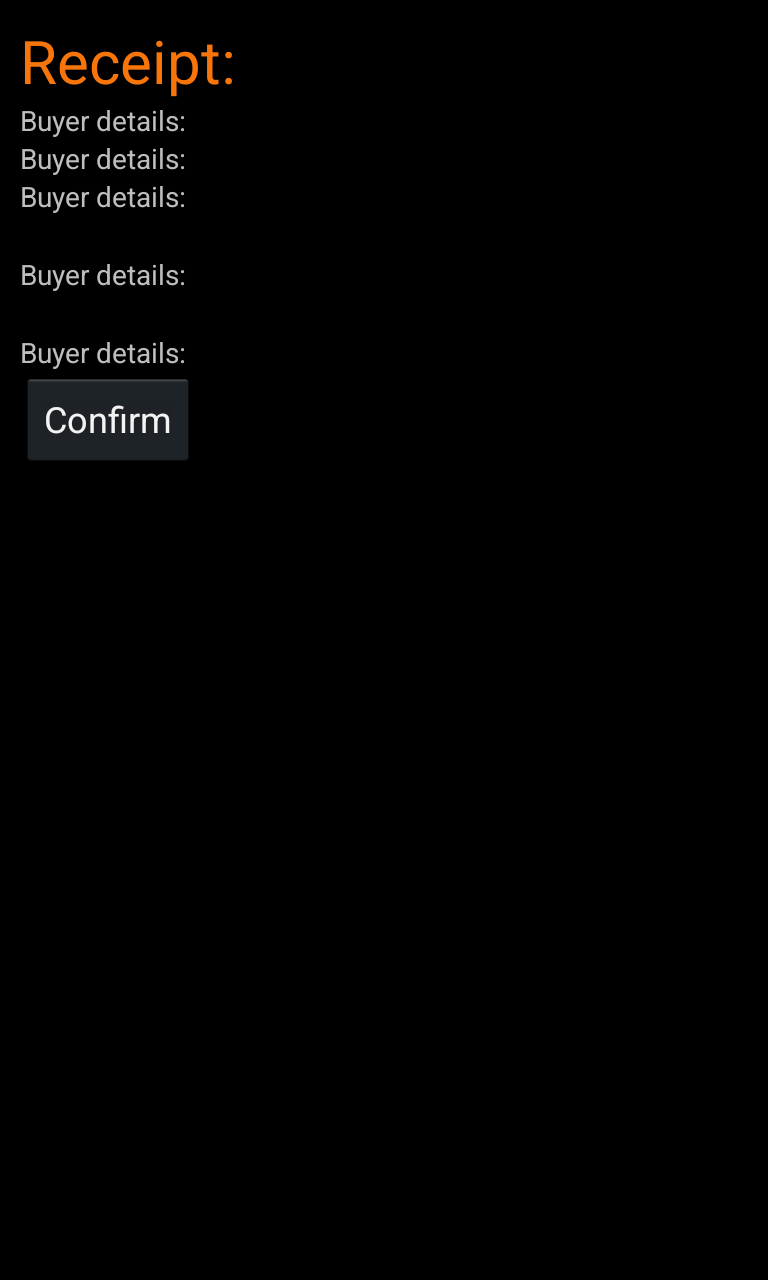
Repository: Adammdit/DT2283GUI
Layout: GunSmoke/res/layout/activity_receipt.xml
The author's editor kept a copy of each file at every save. The layout is drawn from the files as they stood at one save, then again after the next save.
It is drawn on a 768 x 1280 px phone screen (xhdpi) without system bars, with theme android:Theme.Holo; the app's code is not run.

Above is the layout before, as saved 2014-11-24 12:30:57.

After the next save:
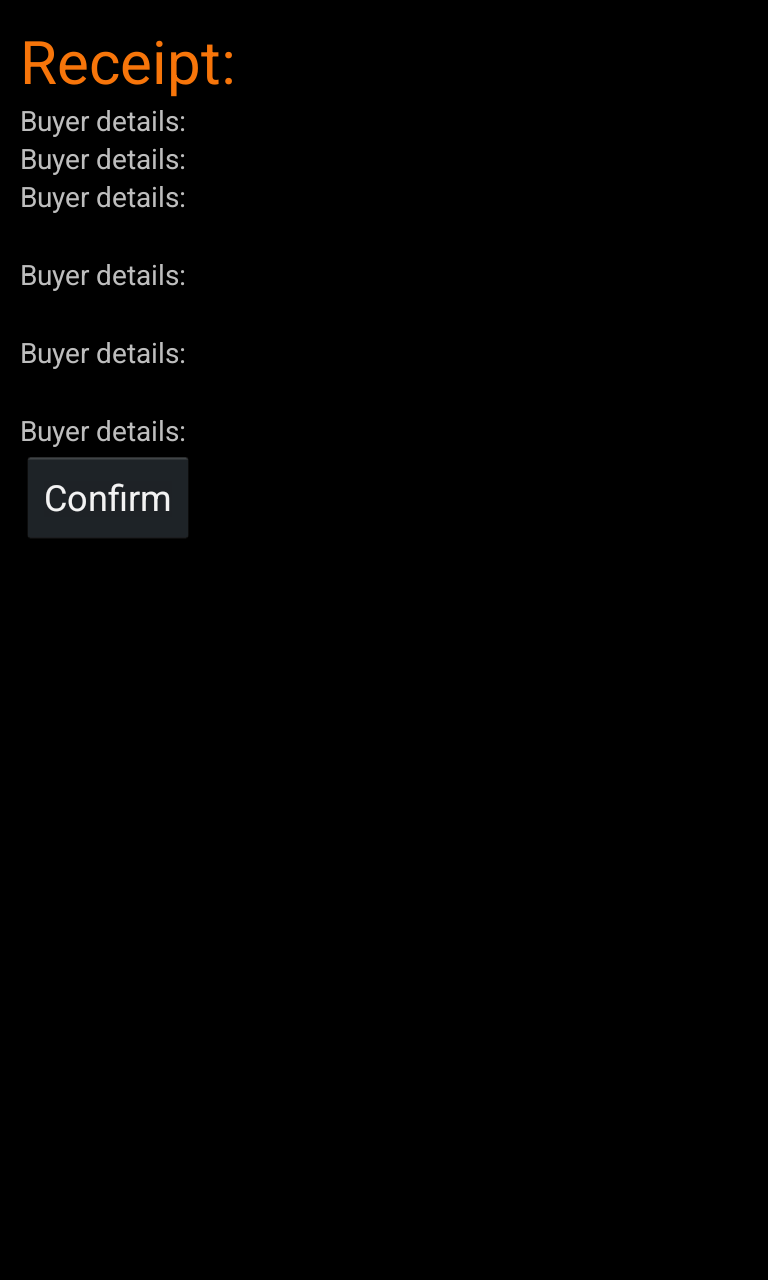
Saved 28 min 49 s later.
--- a/GunSmoke/res/layout/activity_receipt.xml
+++ b/GunSmoke/res/layout/activity_receipt.xml
@@ -48,6 +48,13 @@
         android:layout_marginTop="20dp"
         android:text="@string/buyerDetails" />
 
+    <TextView
+        android:id="@+id/vatTotal"
+        android:layout_width="wrap_content"
+        android:layout_height="wrap_content"
+        android:layout_marginTop="20dp"
+        android:text="@string/buyerDetails" />
+
     <Button
         android:id="@+id/confirm"
         android:layout_width="wrap_content"
